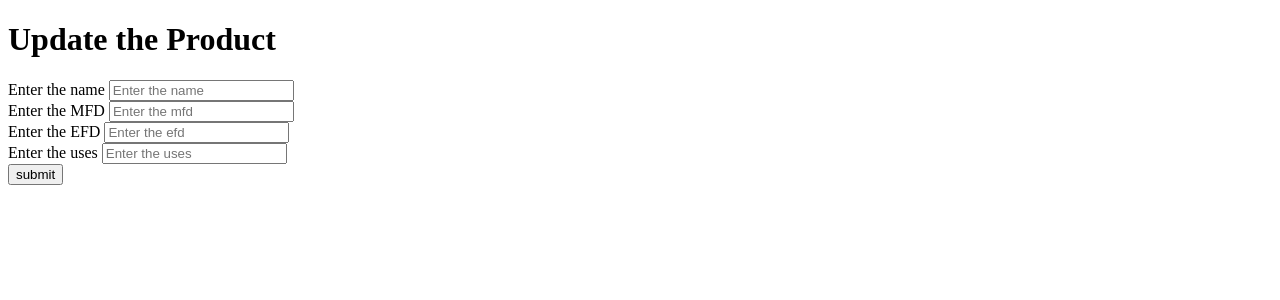
Repository: Anandnand/Web-Application
Page: http://localhost/updateProduct
These files come from the project's save history. The page is drawn as it stood at one moment and after the next save; the edit follows.
The browser window is 1280 px wide. The pictures show the whole page.
The page is this project's Thymeleaf template; nobody is signed in. The template is opened directly, without the code that normally fills it, so the values that code supplies are empty.

Above is the page before, as saved 2024-03-24 12:33:32.

After the next save:
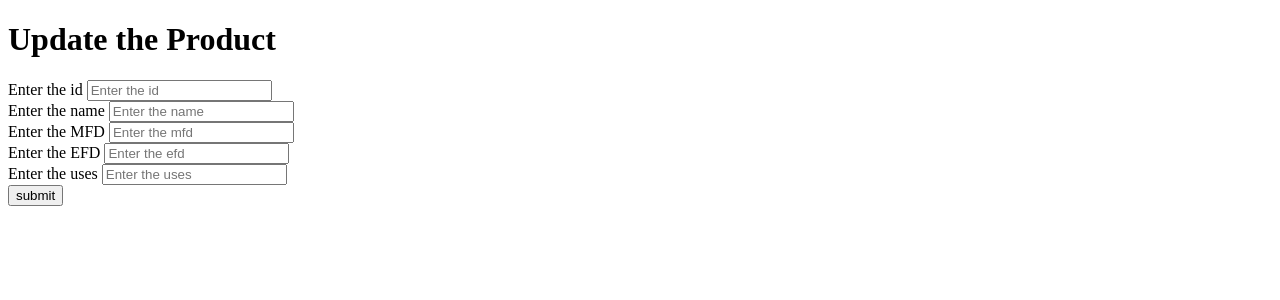
Saved 29 s later.
--- a/ProductItem/src/main/resources/templates/updateProduct.html
+++ b/ProductItem/src/main/resources/templates/updateProduct.html
@@ -10,6 +10,9 @@
 </div>
 <div id="container">
 <form action="/api/updateProduct" method="Put">
+<label>Enter the id</label>
+<input type="text" name="id" placeholder="Enter the id" class="pro"/>
+<br>
 <label>Enter the name</label>
 <input type="text" name="name" placeholder="Enter the name" class="pro"/>
 <br>
